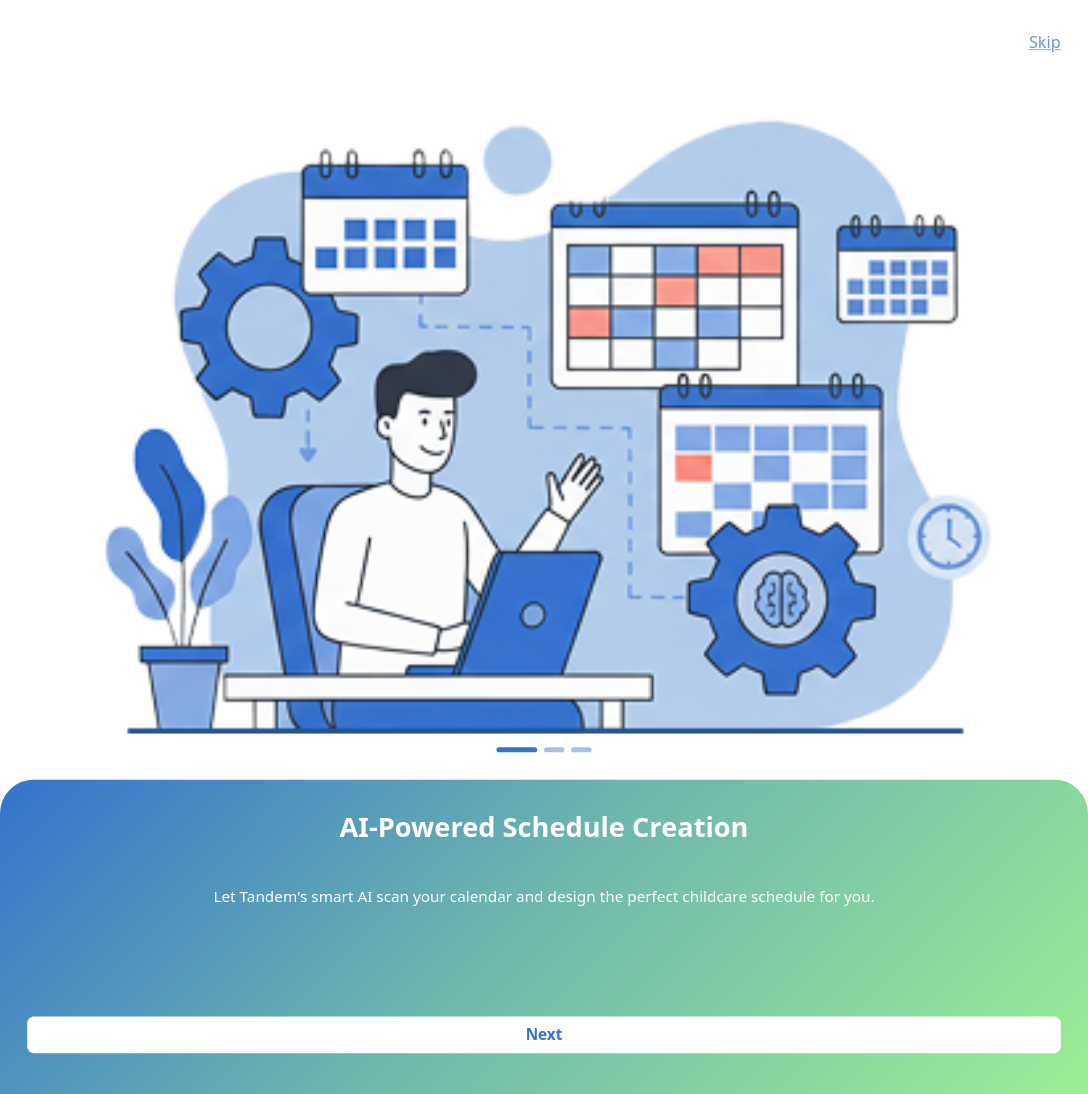
Repository: IDSP-TRADECARE/Tandem
Page: /boarding/features
An editor plug-in stored every save of this project. The page is shown before and after a run of saves, followed by the edit.
The browser window is 1280 px wide. The pictures show the whole page, at 85% of full size.
The page's requests for data from a server got no answer. Some web fonts or font styles are not loaded; a fallback is used. The project was rebuilt for these pictures with package versions that can differ from the ones it lists, and the page was loaded fresh each time. Some packages were replaced by stand-ins written for this rebuild. The framework's server and built-in components were replaced by stand-ins that run in the browser. No one was signed in, and anything a server would have sent is missing. Also part of the build but not shown: next.config.ts, src/app/components/auth/AuthGuard.tsx.

Above is the page before, as saved 2025-11-23 00:29:20.

After the next 2 saves:
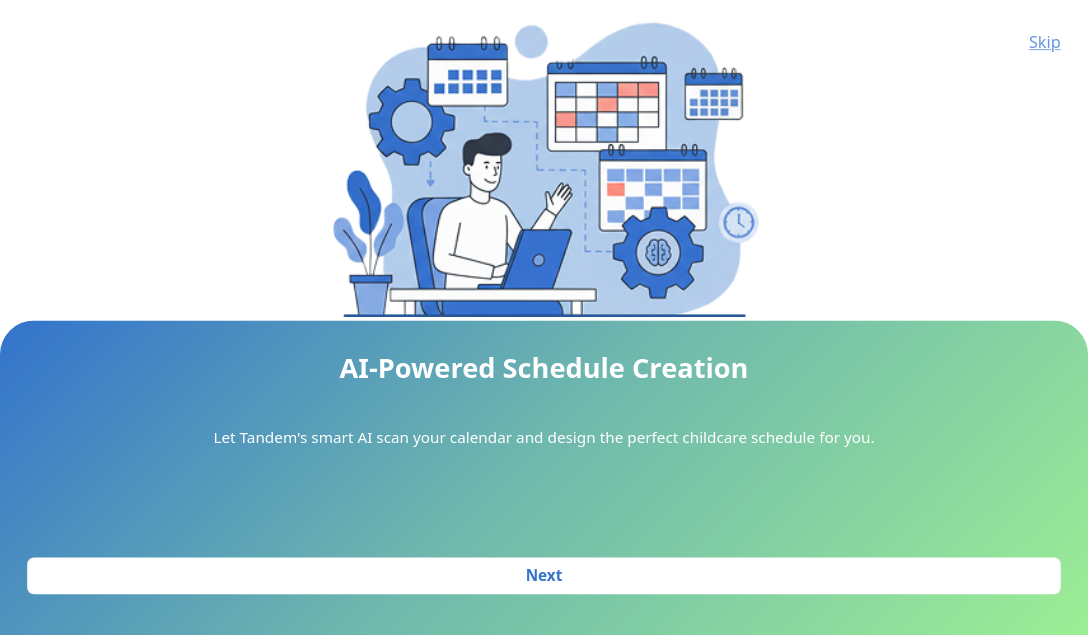
The 2 saves are shown as one change because they came seconds apart.
The last was saved 9 s later.
--- a/src/app/boarding/features/features.module.css
+++ b/src/app/boarding/features/features.module.css
@@ -27,7 +27,6 @@
     align-items: center;
     justify-content: center;
     background: #fff;
-    padding: 1rem 0;
     position: relative;
     overflow: hidden;
 }
@@ -42,10 +41,12 @@
 }
 
 .imageContainer img {
-    width: 120%;
-    max-width: none;
+    width: 100%;
+    max-width: 500px;
+    min-width: 350px;
     height: auto;
     object-fit: contain;
+    transform: scale(1.2);
 }
 
 .progressDots {
